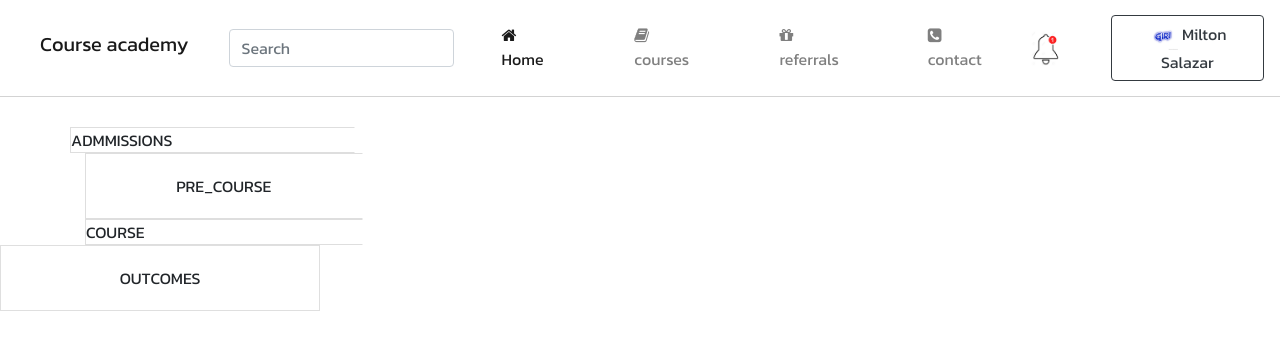
Repository: giribabu1997/html-layout
Page: task.html
These files come from the project's save history. The page is drawn as it stood at one moment and after a run of saves; the edit follows.
The browser window is 1280 px wide. The pictures show the whole page.

Above is the page before, as saved 2019-06-24 15:15:10.

### task.html
<!DOCTYPE html>
<html lang="en">

<head>
    <meta charset="UTF-8">
    <meta name="viewport" content="width=device-width, initial-scale=1.0">
    <meta http-equiv="X-UA-Compatible" content="ie=edge">
    <title>Document</title>
    <link rel="stylesheet" href="https://stackpath.bootstrapcdn.com/bootstrap/4.3.1/css/bootstrap.min.css"
        integrity="sha384-ggOyR0iXCbMQv3Xipma34MD+dH/1fQ784/j6cY/iJTQUOhcWr7x9JvoRxT2MZw1T" crossorigin="anonymous">
    <link href="https://fonts.googleapis.com/css?family=Kanit&display=swap" rel="stylesheet">
    <link rel="stylesheet" href="https://cdnjs.cloudflare.com/ajax/libs/font-awesome/4.7.0/css/font-awesome.min.css">
    <style>
        .navhead-height {
            padding: 1.5rem;
        }

        .head-container {
            padding: 0%;
        }

        * {
            font-family: 'Kanit', sans-serif;
        }

        .home-link {
            padding-right: 2.5rem !important;
            padding-left: 2.5rem !important;
        }
    </style>

</head>

<body>
    <div class="container-fluid head-container" style=" border-bottom: 1px solid lightgrey;">
        <nav class="navbar navbar-expand-lg navbar-light bg-white">
            <a class="navbar-brand navhead-height" href="#">
                <h5>Course academy </h5>
            </a>
            <button class="navbar-toggler" type="button" data-toggle="collapse" data-target="#navbarSupportedContent"
                aria-controls="navbarSupportedContent" aria-expanded="false" aria-label="Toggle navigation">
                <span class="navbar-toggler-icon"></span>
            </button>
            <form class="form-inline my-2 my-lg-0">
                <input class="form-control mr-sm-2" type="search" placeholder="Search" aria-label="Search">
            </form>
            <div class="collapse navbar-collapse" id="navbarSupportedContent">
                <ul class="navbar-nav mr-auto">
                    <li class="nav-item active">
                        <a class="nav-link home-link" href="#"><i class="fa fa-home"></i> Home <span
                                class="sr-only">(current)</span></a>
                    </li>
                    <li class="nav-item">
                        <a class="nav-link home-link" href="#"><i class="fa fa-book"></i> courses</a>
                    </li>
                    <li class="nav-item">
                        <a class="nav-link home-link" href="#"><i class="fa fa-gift"></i> referrals</a>
                    </li>
                    <li class="nav-item">
                        <a class="nav-link home-link" href="#"><i class="fa fa-phone-square"></i> contact</a>
                    </li>
                    <li class="nav-item">
                        <a class="nav-link home-link" href="#"></a>
                        <img src="icon.png" width="30px" style="text-align: center" />
                        </a>
                    </li>
                    <button class="btn btn-outline-dark my-2 my-sm-0" type="submit">
                        <img src="giri.png" width="30px" /> Milton Salazar </button>
            </div>
        </nav>
    </div>
    <div class="container" style="padding-top: 30px">
        <div class="row">
            <div class="col-md-3" style="padding: 0px !important">
                <div class="card" style="border-radius: 0;border-right-color: white;>
                    <div class=" card-body" style="text-align: center">
                    <h> ADMMISSIONS</h>
                </div>
            </div>
        </div>
        <div class="col-md-3" style="padding: 0px !important">
            <div class="card" style="border-radius: 0;border-right-color: white;">
                <div class="card-body" style="text-align: center">
                    <h> PRE_COURSE</h>
                </div>
            </div>
        </div>
        <div class="col-md-3" style="padding: 0px !important">
            <div class="card" style="border-radius: 0;border-right-color: white;>
                    <div class=" card-body" style="text-align: center">
                <h> COURSE</h>
            </div>
        </div>
    </div>
    <div class="col-md-3" style="padding: 0px !important">
        <div class="card" style="border-radius: 0">
            <div class="card-body" style="text-align: center">
                <h> OUTCOMES</h>
            </div>
        </div>
    </div>
    </div>
    </div>


</body>
<script src="https://code.jquery.com/jquery-3.3.1.slim.min.js"
    integrity="sha384-q8i/X+965DzO0rT7abK41JStQIAqVgRVzpbzo5smXKp4YfRvH+8abtTE1Pi6jizo"
    crossorigin="anonymous"></script>
<script src="https://cdnjs.cloudflare.com/ajax/libs/popper.js/1.14.7/umd/popper.min.js"
    integrity="sha384-UO2eT0CpHqdSJQ6hJty5KVphtPhzWj9WO1clHTMGa3JDZwrnQq4sF86dIHNDz0W1"
    crossorigin="anonymous"></script>
<script src="https://stackpath.bootstrapcdn.com/bootstrap/4.3.1/js/bootstrap.min.js"
    integrity="sha384-JjSmVgyd0p3pXB1rRibZUAYoIIy6OrQ6VrjIEaFf/nJGzIxFDsf4x0xIM+B07jRM"
    crossorigin="anonymous"></script>

</html>

After the next 2 saves:
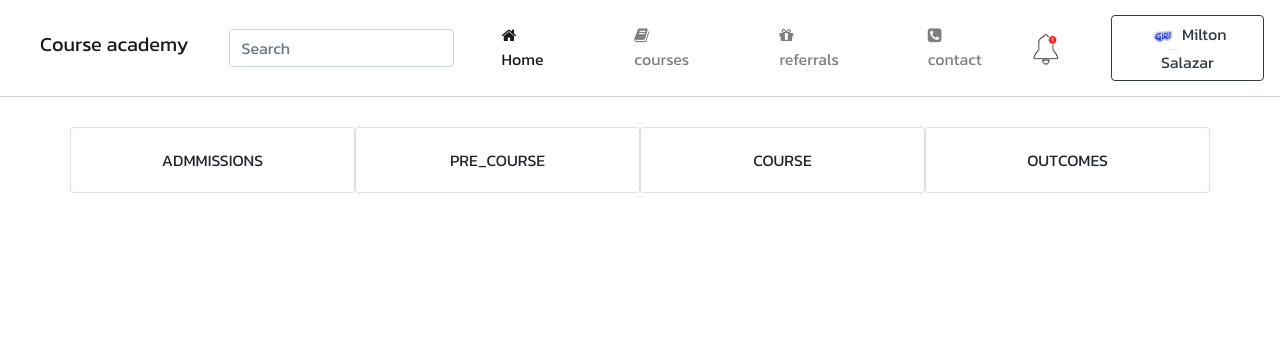
The 2 saves are shown as one change because they came seconds apart.
The last was saved 60 s later.
--- a/task.html
+++ b/task.html
@@ -72,34 +72,34 @@
     <div class="container" style="padding-top: 30px">
         <div class="row">
             <div class="col-md-3" style="padding: 0px !important">
-                <div class="card" style="border-radius: 0;border-right-color: white;>
-                    <div class=" card-body" style="text-align: center">
-                    <h> ADMMISSIONS</h>
+                <div class="card">
+                    <div class="card-body" style="text-align: center">
+                        <h> ADMMISSIONS</h>
+                    </div>
+                </div>
+            </div>
+            <div class="col-md-3" style="padding: 0px !important">
+                <div class="card">
+                    <div class="card-body" style="text-align: center">
+                        <h> PRE_COURSE</h>
+                    </div>
+                </div>
+            </div>
+            <div class="col-md-3" style="padding: 0px !important">
+                <div class="card">
+                    <div class="card-body" style="text-align: center">
+                        <h> COURSE</h>
+                    </div>
+                </div>
+            </div>
+            <div class="col-md-3" style="padding: 0px !important">
+                <div class="card">
+                    <div class="card-body" style="text-align: center">
+                        <h> OUTCOMES</h>
+                    </div>
                 </div>
             </div>
         </div>
-        <div class="col-md-3" style="padding: 0px !important">
-            <div class="card" style="border-radius: 0;border-right-color: white;">
-                <div class="card-body" style="text-align: center">
-                    <h> PRE_COURSE</h>
-                </div>
-            </div>
-        </div>
-        <div class="col-md-3" style="padding: 0px !important">
-            <div class="card" style="border-radius: 0;border-right-color: white;>
-                    <div class=" card-body" style="text-align: center">
-                <h> COURSE</h>
-            </div>
-        </div>
-    </div>
-    <div class="col-md-3" style="padding: 0px !important">
-        <div class="card" style="border-radius: 0">
-            <div class="card-body" style="text-align: center">
-                <h> OUTCOMES</h>
-            </div>
-        </div>
-    </div>
-    </div>
     </div>
 
 
